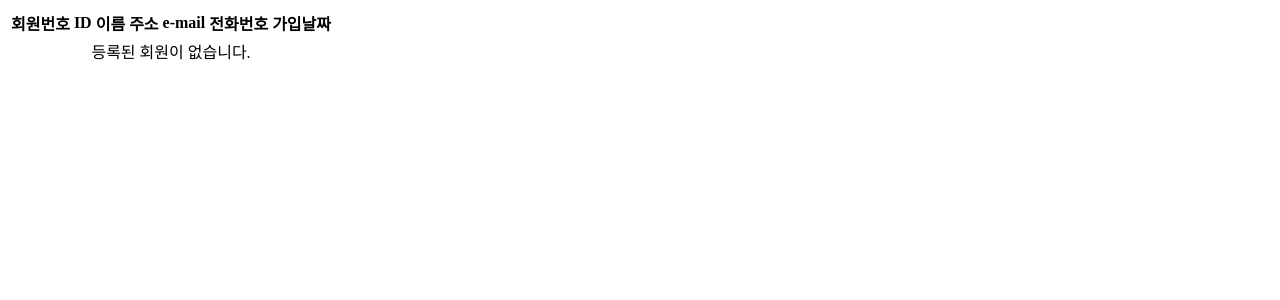
Repository: javadogfoot/semi-project
Page: http://localhost/tomato/admin/memberKeywordFind_ok.jsp
These files come from the project's save history. The page is drawn as it stood at one moment and after the next save; the edit follows.
The browser window is 1280 px wide. The pictures show the whole page.
The page is served by Tomcat 9. Queries for data that is not in the repository find no rows.

Above is the page before, as saved 2021-10-18 04:45:06.

After the next save:
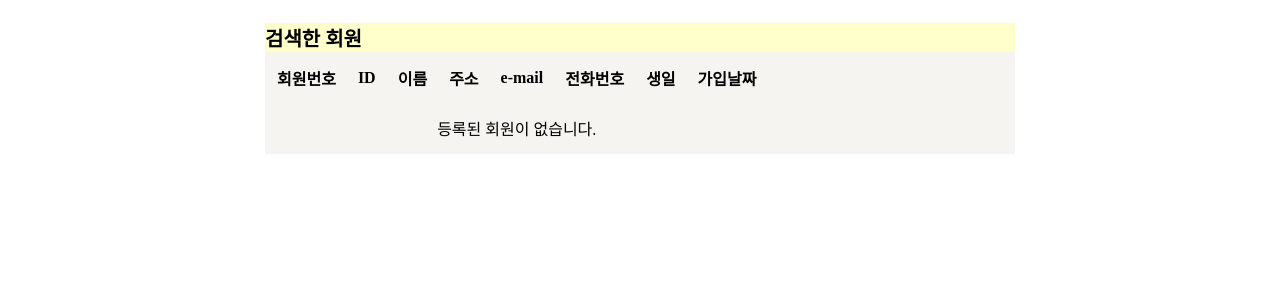
Saved 4 min 10 s later.
--- a/semi프로젝트워크스페이스/tomato/src/main/webapp/admin/memberKeywordFind_ok.jsp
+++ b/semi프로젝트워크스페이스/tomato/src/main/webapp/admin/memberKeywordFind_ok.jsp
@@ -12,53 +12,98 @@ String keyword=request.getParameter("keyword");
 <head>
 <meta charset="UTF-8">
 <title>Insert title here</title>
+<style>
+.table-responsive {
+    width: 750px;
+   margin: 0px auto;
+   padding:15px;
+    }
+.table-wrapper {
+        background: #ffffff;
+      background: #f5f4f0;
+      margin: 0px auto;
+}
+.table-title {
+      background: #ffffcc;
+      color: #red;
+      margin: 0px auto;
+      border-radius: 3px 3px 0 0;
+}
+.table-title h2 {
+      font-size: 20px;
+      font-color: #e9e9e9;
+      margin: 0px auto;
+}
+table.table tr th, table.table tr td {
+        border-color: #e9e9e9;
+      padding: 12px 10px;
+      vertical-align: middle;
+}
+table.table-striped.table-hover tbody tr:hover {
+      background: #f5f5f5
+}
+</style>
 </head>
 <body>
 <section>
-	<article>
-         <table>
-			<thead>
-				<tr>
-					<th>회원번호</th>
-					<th>ID</th>
-					<th>이름</th>
-					<th>주소</th>
-					<th>e-mail</th>
-					<th>전화번호</th>
-					<th>가입날짜</th>
-				</tr>
-			</thead>
-			<tbody>
-			<%
-      		ArrayList<MemberDTO> arr=mdao.keywordFind(keyword);
-      		if(arr==null||arr.size()==0){
-      			%>
-      			<tr>
-      				<td colspan="7" align="center">
-      				등록된 회원이 없습니다.
-      				</td>
-      			</tr>
-      			<%
-      		}else {
-      			for(int i=0;i<arr.size();i++){
-      				%>
-      				<tr>
-	     				<td><%=arr.get(i).getM_idx()%></td>
-						<td><%=arr.get(i).getM_id() %></td>
-						<td><%=arr.get(i).getM_name() %></td>
-						<td><%=arr.get(i).getM_addr() %></td>
-						<td><%=arr.get(i).getM_email() %></td>
-						<td><%=arr.get(i).getM_tel() %></td>
-						<td><%=arr.get(i).getM_joindate() %></td>
-	     			</tr>
-      				<%
-      			}
-      		}
-      		%>
-			</tbody>
-		</table>
-	</article>
+   <article>
+      <div class="container">
+         <div class="table-responsive">
+        <div class="table-wrapper">
+        <div class="table-title">
+        <div class="row">
+        <div class="col-xs-5">
+           <h2>검색한 <b>회원</b></h2>
+        </div>
+        </div>
+        </div>
+            <table class="table table-striped table-hover">
+         <thead>
+            <tr>
+               <th>회원번호</th>
+               <th>ID</th>
+               <th>이름</th>
+               <th>주소</th>
+               <th>e-mail</th>
+               <th>전화번호</th>
+               <th>생일</th>
+               <th>가입날짜</th>
+            </tr>
+         </thead>
+         <tbody>
+         <%
+            ArrayList<MemberDTO> arr=mdao.keywordFind(keyword);
+            if(arr==null||arr.size()==0){
+               %>
+               <tr>
+                  <td colspan="8" align="center">
+                  등록된 회원이 없습니다.
+                  </td>
+               </tr>
+               <%
+            }else {
+               for(int i=0;i<arr.size();i++){
+                  %>
+                  <tr>
+                    <td><%=arr.get(i).getM_idx()%></td>
+                  <td><%=arr.get(i).getM_id() %></td>
+                  <td><%=arr.get(i).getM_name() %></td>
+                  <td><%=arr.get(i).getM_addr() %></td>
+                  <td><%=arr.get(i).getM_email() %></td>
+                  <td><%=arr.get(i).getM_tel() %></td>
+                  <td><%=arr.get(i).getM_birth() %></td>
+                  <td><%=arr.get(i).getM_joindate() %></td>
+                 </tr>
+                  <%
+               }
+            }
+            %>
+         </tbody>
+      </table>
+      </div>
+      </div>
+      </div>
+   </article>
 </section>
-
 </body>
 </html>
